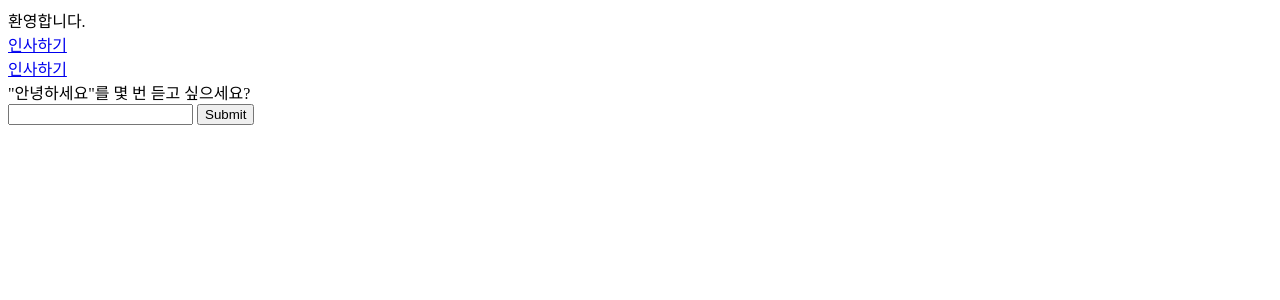
Repository: soyamilk0705/spring-newlecture
Page: ServeltAndJsp/JSPPrj/WebContent/index.html
An editor plug-in stored every save of this project. The page is shown before and after the next save, followed by the edit.
The browser window is 1280 px wide. The pictures show the whole page.

Above is the page before, as saved 2024-01-02 12:26:47.

### ServeltAndJsp/JSPPrj/WebContent/index.html
<!DOCTYPE html>
<html>
<head>
<meta charset="UTF-8">
<title>Insert title here</title>
</head>
<body>
	환영합니다.<br>
	<a href="hi">인사하기</a><br>
	<a href="hi?cnt=3">인사하기</a><br>

	<div>
		<form action="hello">
			<div>
				<label>"안녕하세요"를 몇 번 듣고 싶으세요?</label>
			</div>
			<div>
				<input type="text" name="cnt" />
				<input type="submit" vlaue="출력" />
			</div>
		</form>
	</div>
</body>
</html>

After the next save:
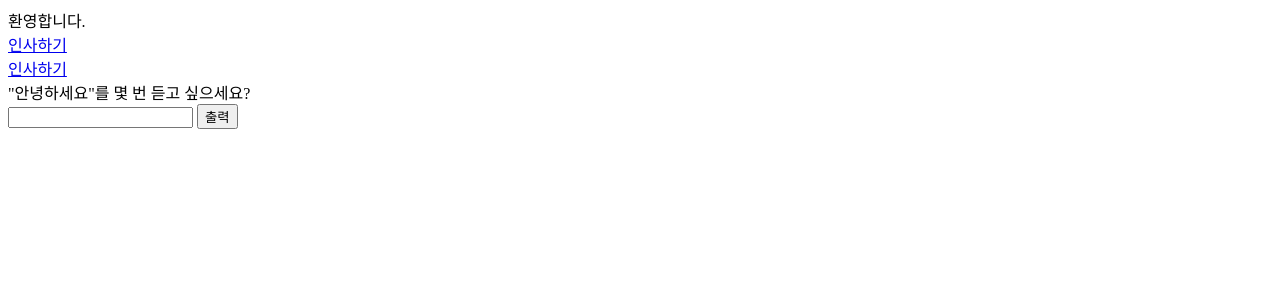
Saved 30 s later.
--- a/ServeltAndJsp/JSPPrj/WebContent/index.html
+++ b/ServeltAndJsp/JSPPrj/WebContent/index.html
@@ -16,7 +16,7 @@
 			</div>
 			<div>
 				<input type="text" name="cnt" />
-				<input type="submit" vlaue="출력" />
+				<input type="submit" value="출력" />
 			</div>
 		</form>
 	</div>
